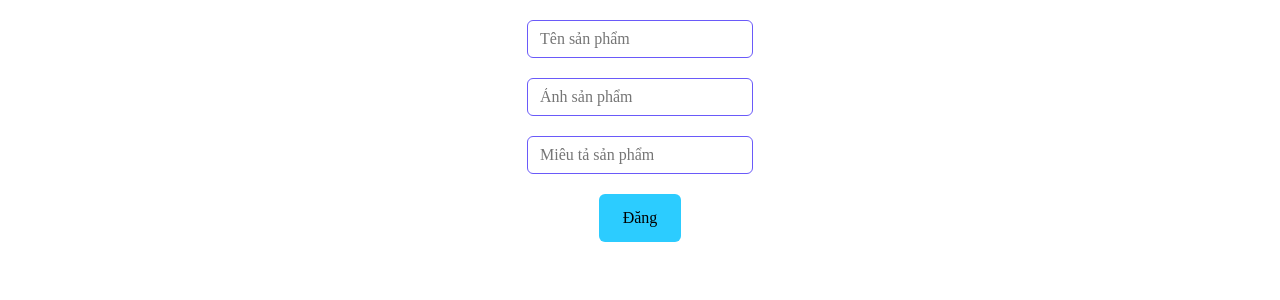
Repository: nguyennam1029/tettt
Page: index.html
An editor plug-in stored every save of this project. The page is shown before and after the next save, followed by the edit.
The browser window is 1280 px wide. The pictures show the whole page.

Above is the page before, as saved 2022-05-30 15:15:17.

After the next save:
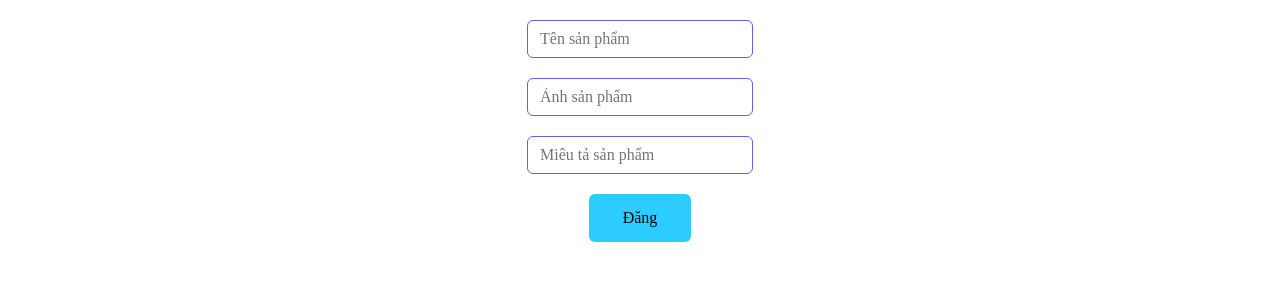
Saved 60 s later.
--- a/css/style.css
+++ b/css/style.css
@@ -65,7 +65,7 @@ h6 {
     outline: none;
     border: none;
     cursor: pointer;
-    padding: 12px 24px;
+    padding: 12px 34px;
     border-radius: 6px;
     -webkit-border-radius: 6px;
     -moz-border-radius: 6px;
